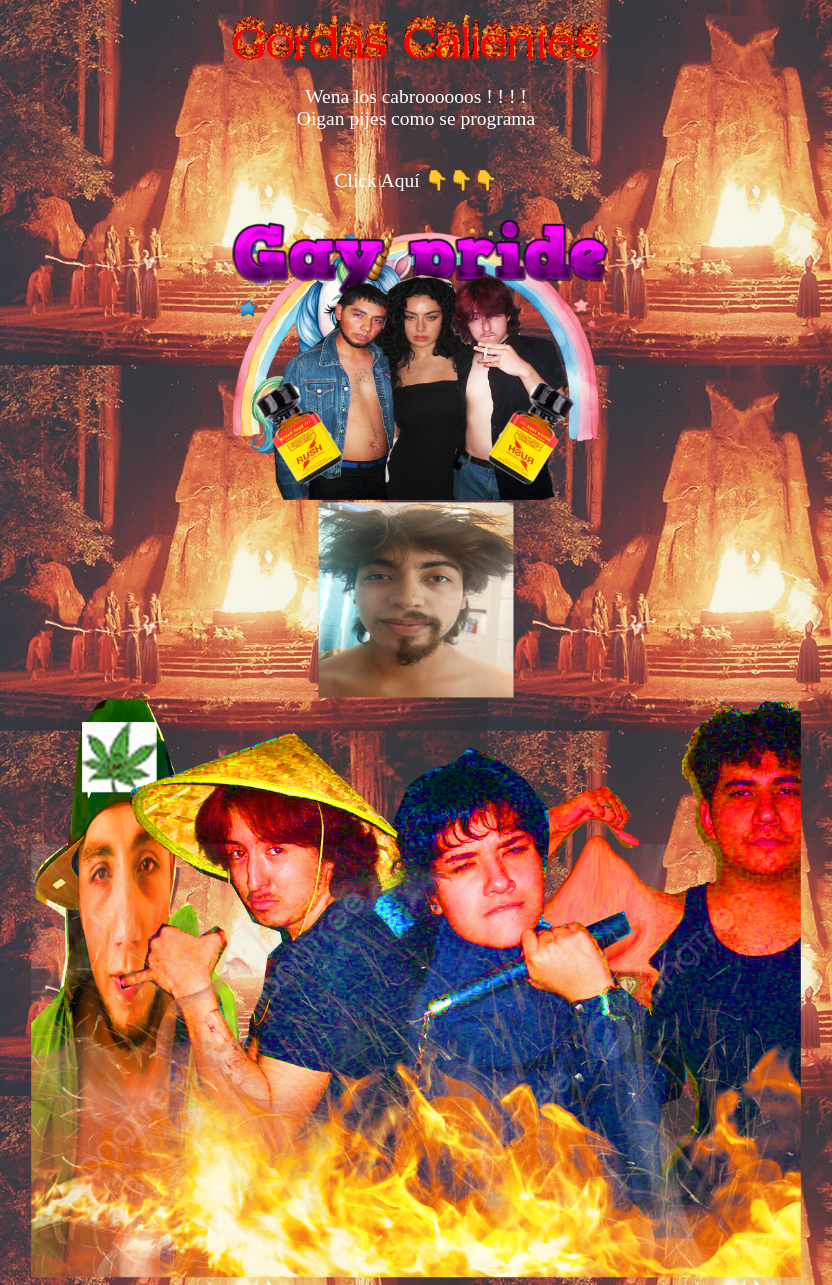
Repository: Eduloco69/crazy-website
Page: index.html
The author's editor kept a copy of each file at every save. The page is drawn from the files as they stood at one save, then again after the next save.
The browser window is 1280 px wide. The pictures show the whole page, at 65% of full size.

Above is the page before, as saved 2025-06-04 00:05:12.

### index.html
<!DOCTYPE html>
<html lang="en">
<head>
    <meta charset="UTF-8">
    <meta name="viewport" content="width=device-width, initial-scale=1.0">
    <meta property="og:title" content="EduSex" />
    <meta property="og:description" content="Comanme la polla" />
    <meta property="og:image" content="src/E43E82A3-8955-4C5C-9331-0861A042E956.JPEG" />

    <link rel="stylesheet" href="styles/style.css">
    <link rel="stylesheet" href="styles/index.css">
    <title>El sitio mas vio de $hile</title>
</head>
<body>
    <img id="titulo" src="src/title_gordas.gif" alt="">

    <p style="font-family: 'Comic Sans MS'; font-size: 30px; color: white;">
        Wena los cabroooooos ! ! ! !
        <br>
        Oigan pijes como se programa
    </p>
    <div>
        <p style="font-family: 'Comic Sans MS'; font-size: 30px; color: white;">Click Aquí 👇👇👇</p>
        <a href="gay.html">
            <img src="src/gay_pride.png" alt="" width="50%" height="30%">
        </a>
    </div>
    <div>
        <img src="src/ADAC2544-2AE6-4C0D-8F05-14998BBBDF3E.JPEG" alt="" width="300px" height="300px">
    </div>
    <div>
        <img src="src/hard_footer.png" alt="">
    </div>
</body>
<footer>
</footer>
</html>

### styles/style.css


body {
  flex-direction: column;
  align-items: center;
  justify-content: center;
  text-align: center;
}

### styles/index.css
html {
  cursor: url('../src/cursor.ico'), default;
}

body {
    background-image: url("../src/bg.jpg") ;display: flex;
}

After the next save:
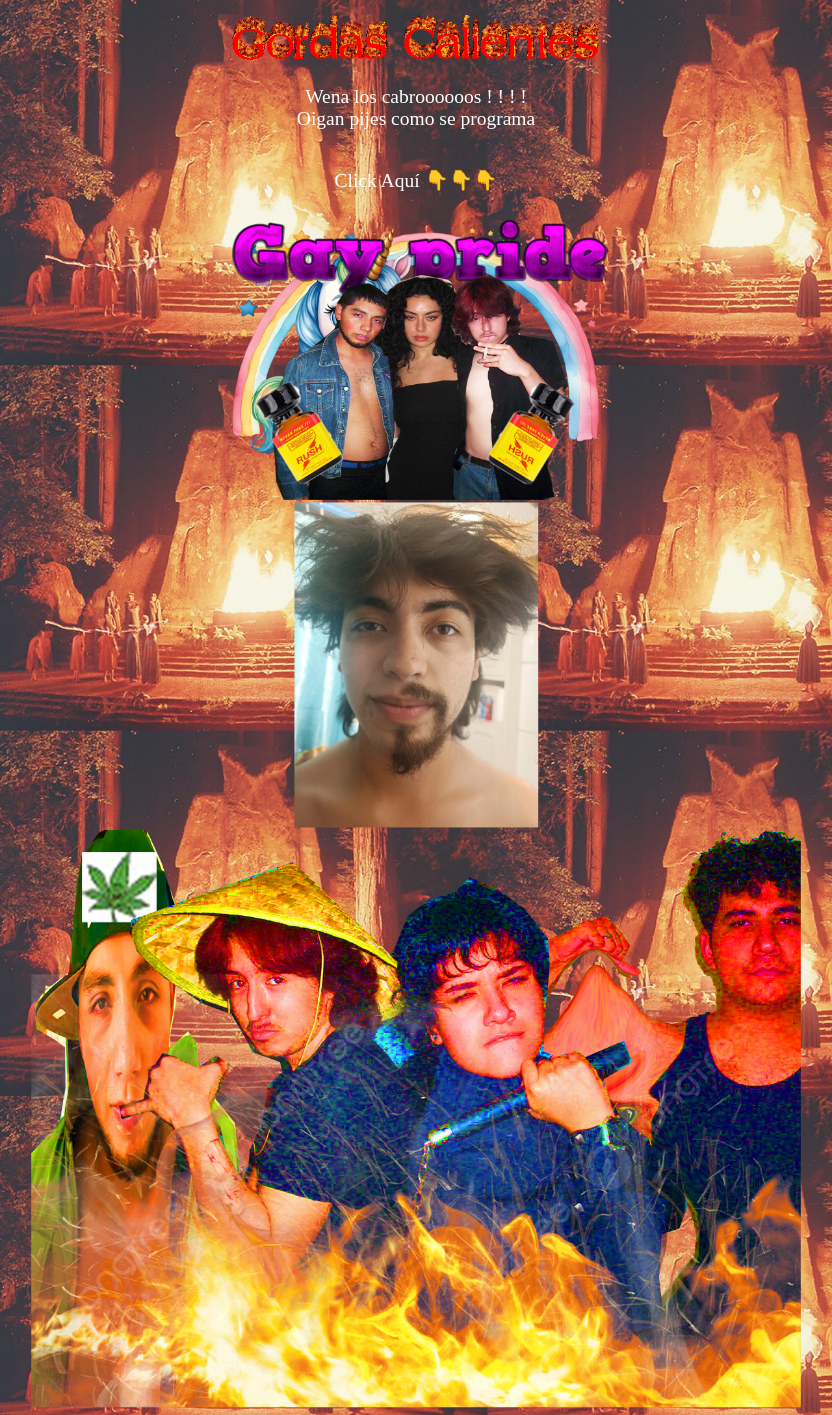
Saved 18 s later.
--- a/index.html
+++ b/index.html
@@ -26,7 +26,7 @@
         </a>
     </div>
     <div>
-        <img src="src/ADAC2544-2AE6-4C0D-8F05-14998BBBDF3E.JPEG" alt="" width="300px" height="300px">
+        <img src="src/ADAC2544-2AE6-4C0D-8F05-14998BBBDF3E.JPEG" alt="" width="50%" height="30%">
     </div>
     <div>
         <img src="src/hard_footer.png" alt="">
